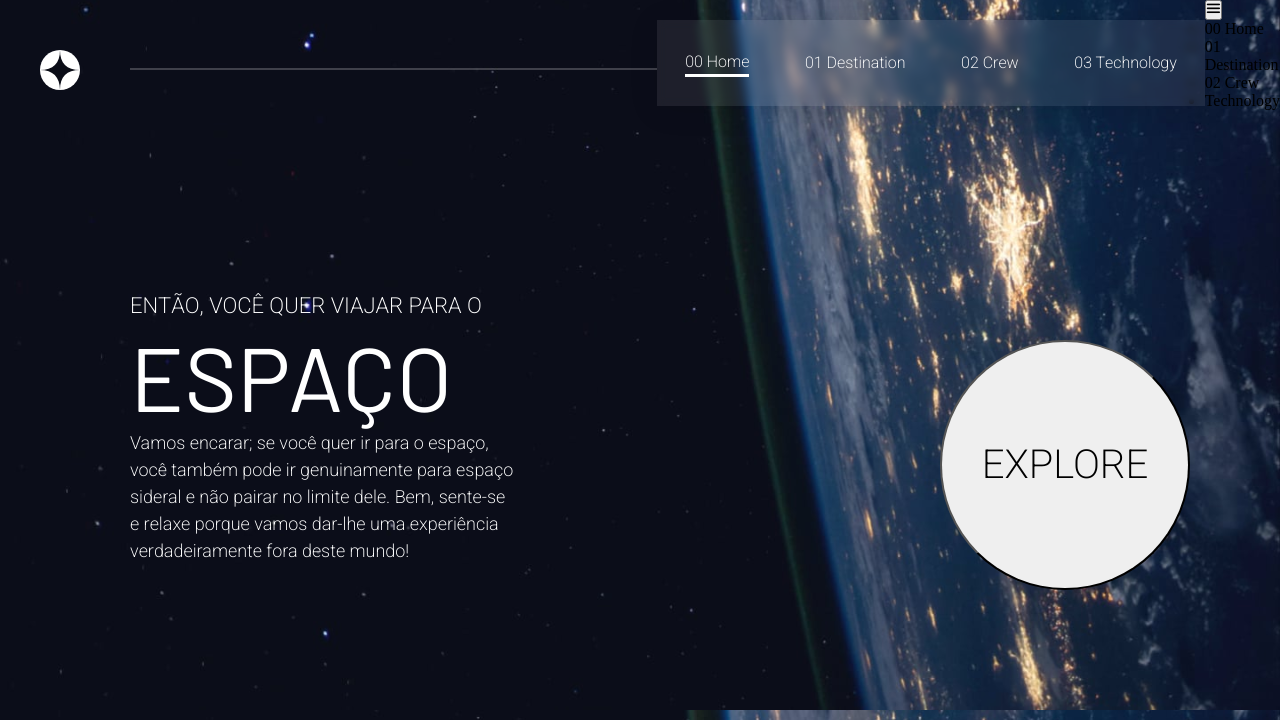
Repository: Leonngc/space-site
Page: space-tourism-website-main/space-tourism-website-main/starter-code/index.html
An editor plug-in stored every save of this project. The page is shown before and after the next save, followed by the edit.
The browser window is 1280 px wide. The pictures show the whole page.
Some web libraries are served in a nearby version.

Above is the page before, as saved 2023-04-29 16:29:11.

### space-tourism-website-main/space-tourism-website-main/starter-code/index.html
<!DOCTYPE html>
<html lang="pt-br">
<head>
  <meta charset="UTF-8">
  <meta name="viewport" content="width=device-width, initial-scale=1.0">
  <link rel="icon" type="image/png" sizes="32x32" href="./assets/favicon-32x32.png">
  <link rel="stylesheet" href="styles/menu.css">
  <link rel="stylesheet" href="styles/home.css">
  <!-- CDN FLATICON-->
  <link rel='stylesheet' href='https://cdn-uicons.flaticon.com/uicons-bold-rounded/css/uicons-bold-rounded.css'>
  <title>Frontend Mentor | Space tourism website</title>
</head>
<body>

  <header>
    <img src="assets/shared/logo.svg" alt="" class="logo">
    <div class="line"></div>

    <ul class="menu">
    <li class="item-menu active"><a href="#">00 Home</a></li>
    <li class="item-menu"><a href="#">01 Destination</a></li>
    <li class="item-menu"><a href="#">02 Crew</a></li>
    <li class="item-menu"><a href="#">03 Technology</a></li>
    </ul>


    <div class="menu-mobile-container">
      <button class="burguer-button"><i class="fi fi-br-menu-burger"></i></button>

      <ul class="menu-mobile">
        <li class="item-menu-mobile"><a>00 Home</a></li>
        <li class="item-menu-mobile"><a>01 Destination</a></li>
        <li class="item-menu-mobile"><a>02 Crew</a></li>
        <li class="item-menu-mobile"><a>Technology</a></li>
      </ul>
    </div>
  </header>

<div class="container-button">
    <button>Explore</button>
  </div>
<div class="text-box">
    <span>Então, você quer viajar para o</span>
    <h1>Espaço</h1>
    <p>
      Vamos encarar; se você quer ir para o espaço, você também pode ir genuinamente para
      espaço sideral e não pairar no limite dele. Bem, sente-se e relaxe
      porque vamos dar-lhe uma experiência verdadeiramente fora deste mundo!
    </p>
</div>



</body>
</html>

### space-tourism-website-main/space-tourism-website-main/starter-code/styles/menu.css
@import url('https://fonts.googleapis.com/css2?family=Heebo:wght@200&display=swap');

*{
    padding: 0;
    margin: 0;
}

header{
    display: flex;
    justify-content: space-between;
}

.menu{
    margin-top: 20px;
    display: flex;
    width: 90vw ;
    height: 12vh;
    position: relative;
    justify-content: space-between;
    list-style: none;
    background: rgba(255, 255, 255, 0.21);
    background: rgba(255, 255, 255, 0.08);
    box-shadow: 0 4px 30px rgba(0, 0, 0, 0.1);
    backdrop-filter: blur(5px);
    -webkit-backdrop-filter: blur(5px);
}

.item-menu{
    margin: auto;

}

.item-menu a{
    text-decoration: none;
    font-family: 'Heebo', sans-serif;
    color: white;
}

.active{
  border-bottom: 3px solid white;
}

.line{
    background-color:  rgba(255, 255, 255, 0.21);

    height: 2px;
    width: 1110px;
    margin-top: 68px;
    margin-left: 30px;
}

.logo{
    margin-top: 30px;
    margin-left: 20px;
    width: 40px;
    height: 40px;
    padding: 20px;
}

@media screen and (max-width: 900px){
    .menu{
        display: none;
    }

    .line{
        display: none;
    }

    body{
        background-image: url(../assets/home/background-home-mobile.jpg) !important;
    }

    .burguer-button {
        font-size: 40px;
        background-color: rgba(255, 255, 255, 0);
        color: #dbe5e6;
        border: none;
        margin-top: 50px;
        float: right;
        padding: 15px;
    }
    .menu-mobile{
        list-style: none;
        color: red;
    }

    .item-menu-mobile{
        font-size: 20px;
    }

}

### space-tourism-website-main/space-tourism-website-main/starter-code/styles/home.css
@import url('https://fonts.googleapis.com/css2?family=Barlow&display=swap');
@import url('https://fonts.googleapis.com/css2?family=Heebo:wght@200&display=swap');
/*  font-family: 'Barlow', sans-serif;
    font-family: 'Heebo', sans-serif;
*/

:root{
    --title-font: 'Barlow';
    --paragraph-font: 'Heebo';
}

body{
    background-image: url(../assets/home/background-home-desktop.jpg);
    background-size: cover;
    background-position: center center;
}


.text-box{
    margin-top: 150px;
    padding: 30px;
    margin-left: 100px;
    width: 30vw;
    color: white;
}

span{
    font-family: var(--paragraph-font);
    font-size: 22px;
    text-transform: uppercase;
}

h1{
    font-family: var(--title-font);
    font-size: 90px;
    font-weight: 200;
    text-transform: uppercase;
}

p{
    font-family: var(--paragraph-font), sans-serif;
    font-size: 18px;
}

.container-button{
    float: right;
    margin-top: 230px;
    margin-right: 90px;
    margin-bottom: 30px;
}

.container-button button{
    width: 250px;
    height: 250px;
    border-radius: 50%;
    font-size: 40px;
    font-family: var(--paragraph-font);
    font-weight: 200;
    text-transform: uppercase;
}

After the next save:
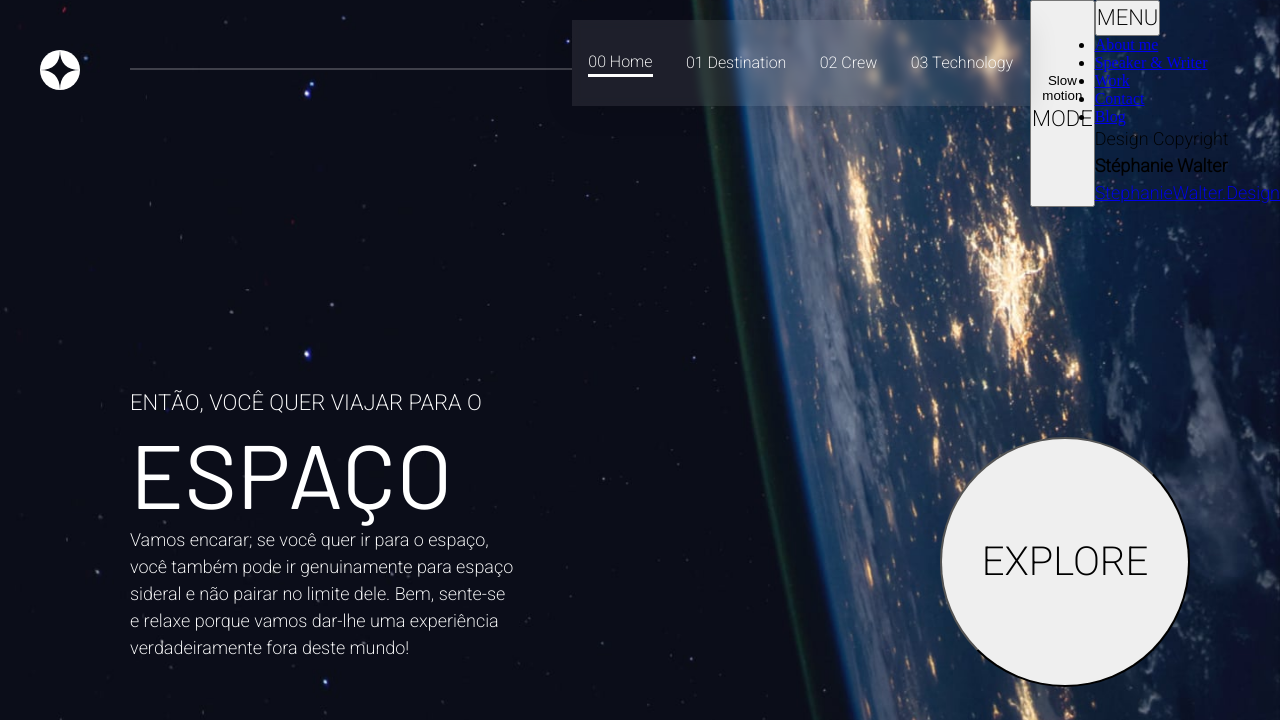
Saved 97 s later.
--- a/space-tourism-website-main/space-tourism-website-main/starter-code/index.html
+++ b/space-tourism-website-main/space-tourism-website-main/starter-code/index.html
@@ -24,16 +24,36 @@
     </ul>
 
 
-    <div class="menu-mobile-container">
-      <button class="burguer-button"><i class="fi fi-br-menu-burger"></i></button>
+    <button id="slowmo">Slow motion <span>mode</span></button>
 
-      <ul class="menu-mobile">
-        <li class="item-menu-mobile"><a>00 Home</a></li>
-        <li class="item-menu-mobile"><a>01 Destination</a></li>
-        <li class="item-menu-mobile"><a>02 Crew</a></li>
-        <li class="item-menu-mobile"><a>Technology</a></li>
-      </ul>
-    </div>
+<div class="device">
+	<div class="container">
+		<button id="burger" class="open-main-nav">
+			<span class="burger"></span>
+			<span class="burger-text">Menu</span>
+		</button>
+		<nav class="main-nav" id="main-nav">
+			<ul>
+				<li>
+					<a href="#">About me</a>
+				</li>
+				<li>
+					<a href="#">Speaker &amp; Writer</a>
+				</li>
+				<li>
+					<a href="#">Work</a>
+				</li>
+				<li>
+					<a href="#">Contact</a>
+				</li>
+				<li>
+					<a href="#">Blog</a>
+				</li>
+			</ul>
+		</nav>
+		<p class="notice">Design Copyright <strong>Stéphanie Walter</strong><br><a href="https://stephaniewalter.design/" target="_blank">StephanieWalter.Design</a></p>
+	</div>
+</div>
   </header>
 
 <div class="container-button">
